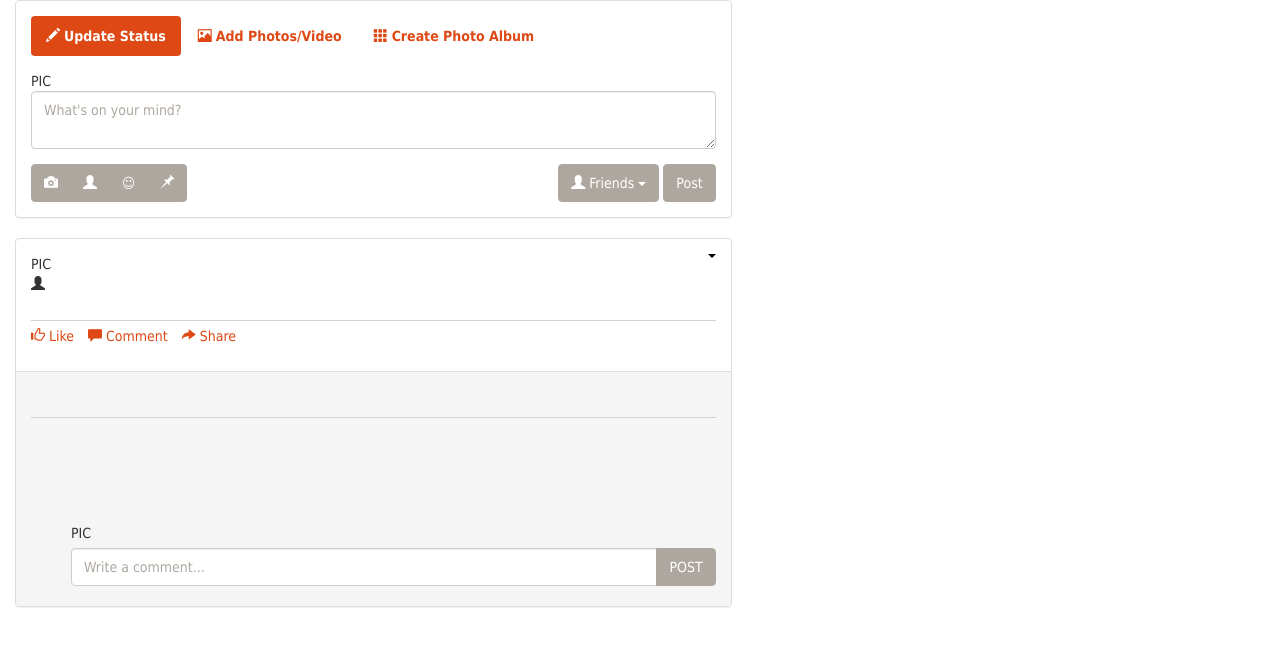
Repository: harshagithub19/news_feed
Page: fbapp3/src/main/webapp/newcheck.html
The author's editor kept a copy of each file at every save. The page is drawn from the files as they stood at one save, then again after the next save.
The browser window is 1280 px wide. The pictures show the whole page.
The page's requests for data from a server got no answer. Some web fonts or font styles are not loaded; a fallback is used. Some web libraries are served in a nearby version.

Above is the page before, as saved 2017-03-05 02:36:59.

After the next save:
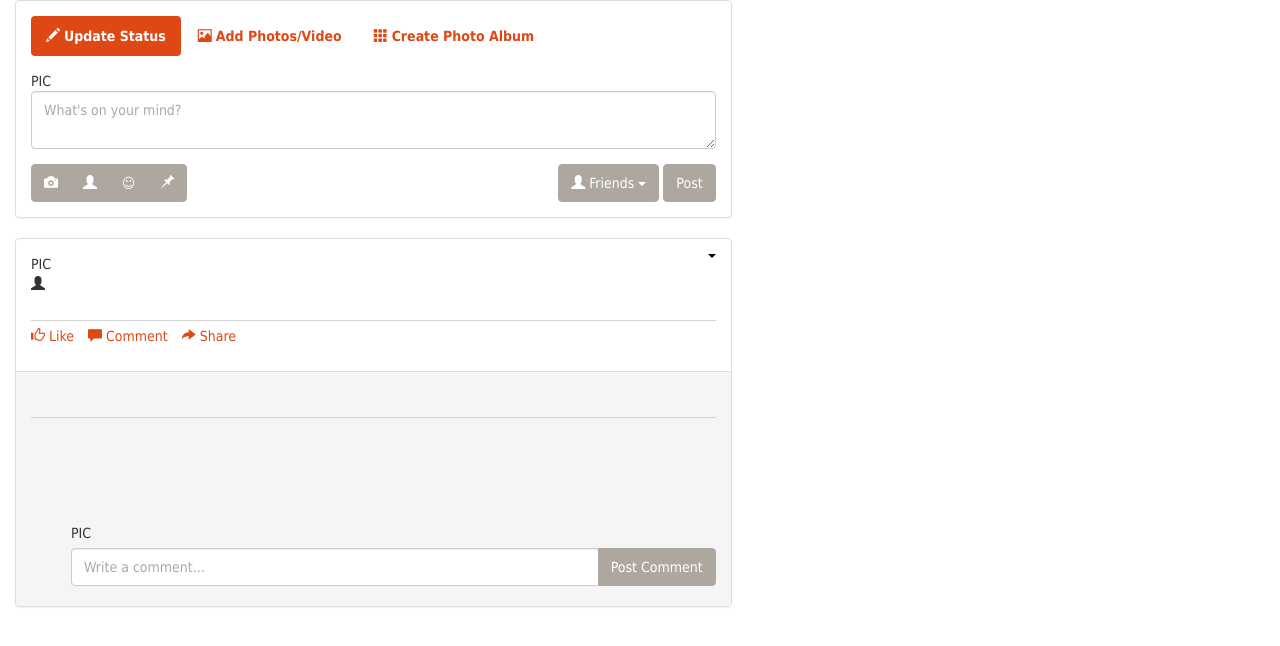
Saved 15 s later.
--- a/fbapp3/src/main/webapp/newcheck.html
+++ b/fbapp3/src/main/webapp/newcheck.html
@@ -344,7 +344,7 @@
           <input type="text" class="form-control" placeholder="Write a comment...">
           <span class="input-group-btn">
             <button type="button" class="btn btn-default">
-              POST
+              Post Comment
             </button>
           </span>
         </div>
